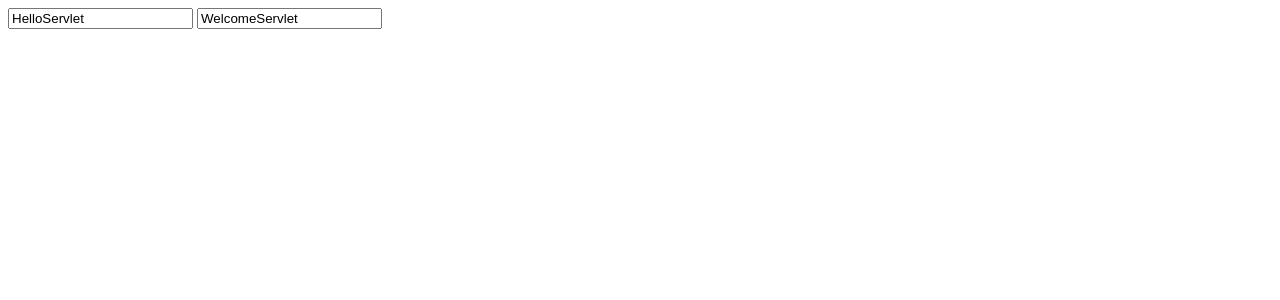
Repository: hijiri00018/test
Page: http://localhost/HelloServlet/
An editor plug-in stored every save of this project. The page is shown before and after the next save, followed by the edit.
The browser window is 1280 px wide. The pictures show the whole page.
The page is served by Tomcat 9. Other server files are loaded and not shown.

Above is the page before, as saved 2018-12-20 08:06:38.

### HelloServlet/WebContent/index.jsp
<%@ page language="java" contentType="text/html; charset=UTF-8"
    pageEncoding="UTF-8"%>
<!DOCTYPE html">
<html>
<head>
<meta charset="UTF-8">
<title>HelloServlet</title>
</head>
<body>
<input type"button" value="HelloServlet" onClick="location.href='HelloServlet'">
<input type"button" value="WelcomeServlet" onClick="location.href='welcome.jsp'">
</body>
</html>

After the next save:
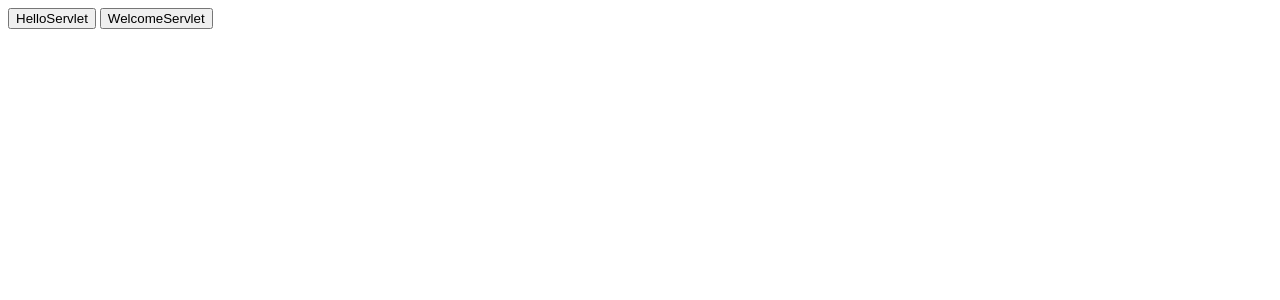
Saved 43 s later.
--- a/HelloServlet/WebContent/index.jsp
+++ b/HelloServlet/WebContent/index.jsp
@@ -7,7 +7,7 @@
 <title>HelloServlet</title>
 </head>
 <body>
-<input type"button" value="HelloServlet" onClick="location.href='HelloServlet'">
-<input type"button" value="WelcomeServlet" onClick="location.href='welcome.jsp'">
+<input type="button" value="HelloServlet" onClick="location.href='HelloServlet'">
+<input type="button" value="WelcomeServlet" onClick="location.href='welcome.jsp'">
 </body>
 </html>
